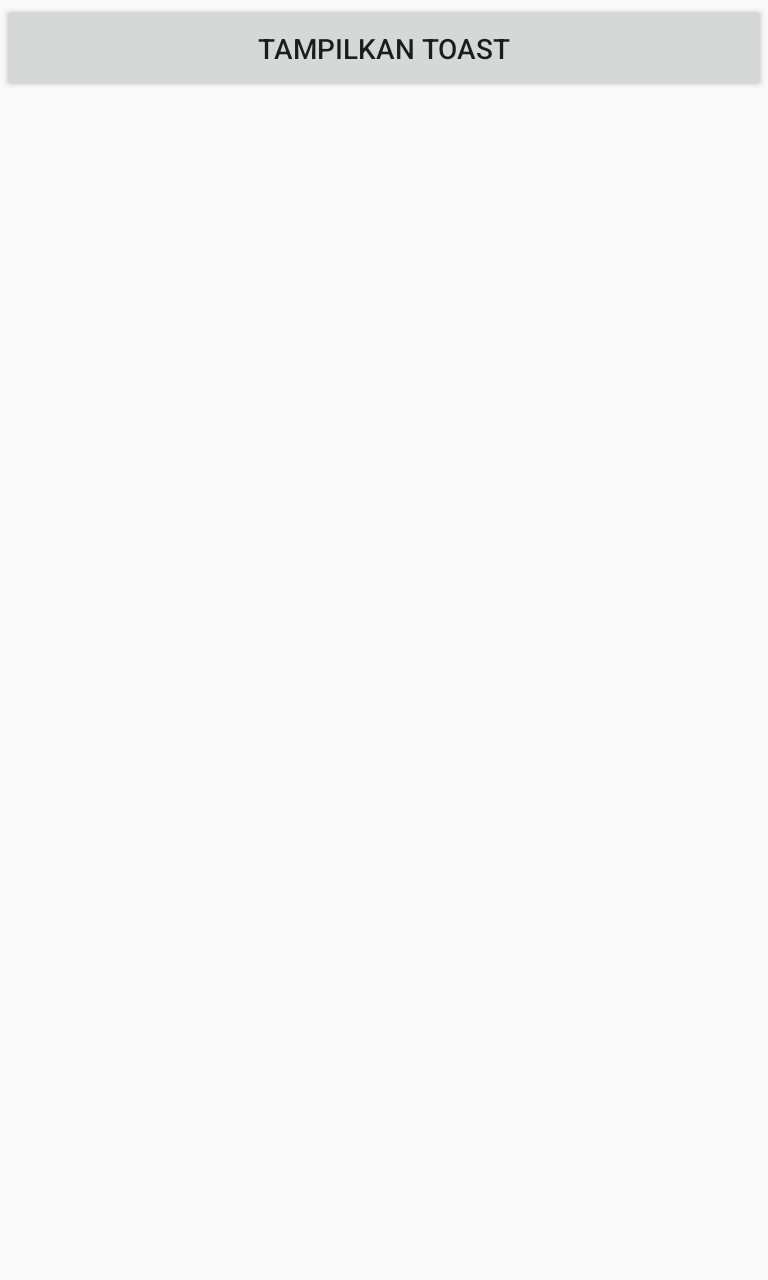
Repository: fitrahyusuf/FITRAH
Layout: MembuatAlerDialog/res/layout/main.xml
An editor plug-in stored every save of this project. The layout is shown before and after the next save, followed by the edit.
It is drawn on a 768 x 1280 px phone screen (xhdpi) without system bars, with theme AppTheme; the app's code is not run.

Above is the layout before, as saved 2015-05-06 03:45:31.

### MembuatAlerDialog/res/layout/main.xml
<?xml version="1.0" encoding="utf-8"?>
<LinearLayout xmlns:android="http://schemas.android.com/apk/res/android"
    android:layout_width="fill_parent"
    android:layout_height="fill_parent"
    android:orientation="vertical" >

    <Button
        android:id="@+id/toast"
        android:layout_width="fill_parent"
        android:layout_height="wrap_content"
        android:text="Tampilkan Toast" >
    </Button>

</LinearLayout>

Loaded but not shown: MembuatAlerDialog/res/values/styles.xml (common file); MembuatAlerDialog/res/values-v11/styles.xml (common file); MembuatAlerDialog/res/values-v14/styles.xml (common file)

After the next save:
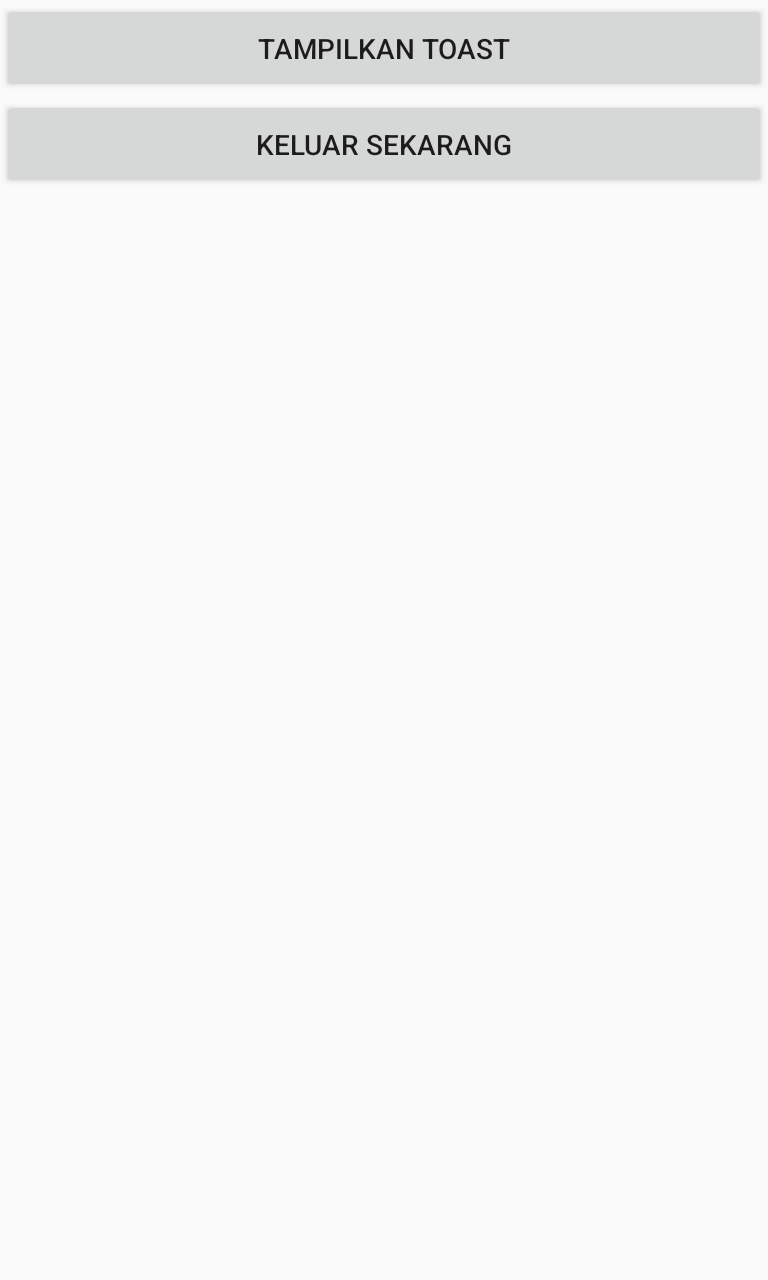
Saved 17 min 10 s later.
--- a/MembuatAlerDialog/res/layout/main.xml
+++ b/MembuatAlerDialog/res/layout/main.xml
@@ -10,5 +10,8 @@
         android:layout_height="wrap_content"
         android:text="Tampilkan Toast" >
     </Button>
-
+	<Button android:layout_width="fill_parent"
+	    android:layout_height="wrap_content"
+	    android:text="Keluar sekarang"
+	    android:id="@+id/exit"></Button>
 </LinearLayout>
